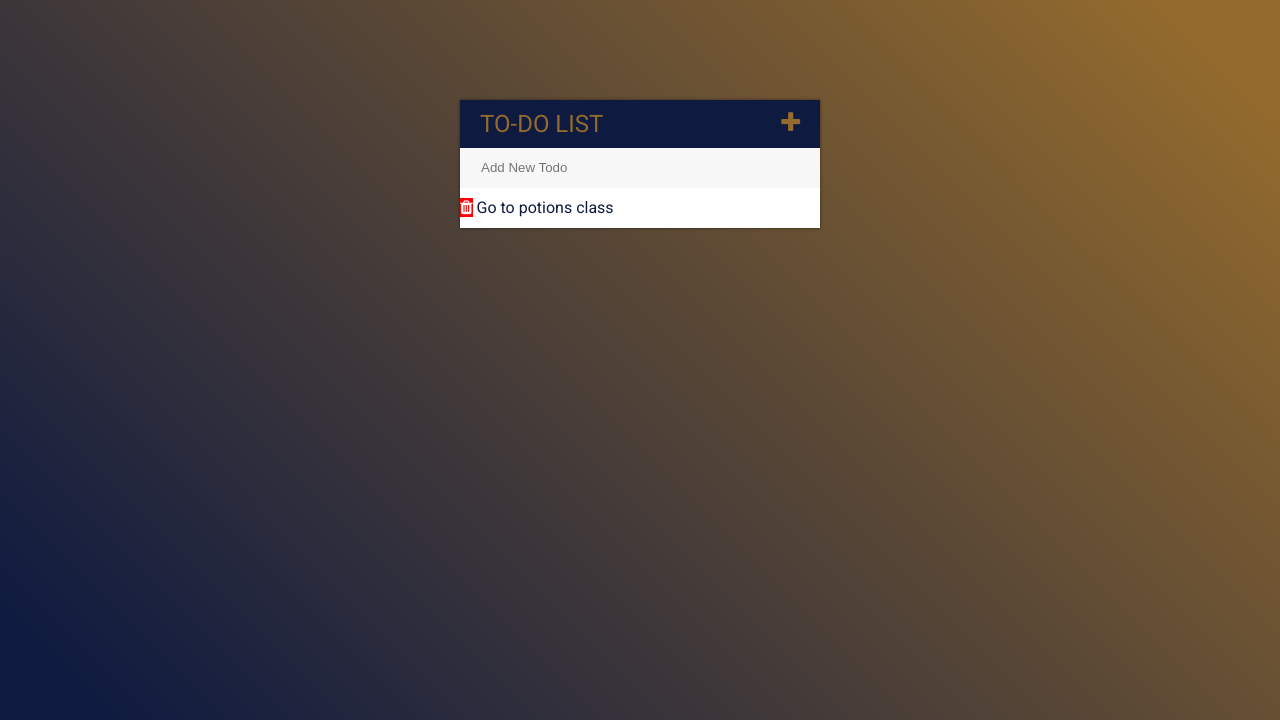
Repository: chrisYoder/Ravenclaw_Todo_List
Page: index.html
The author's editor kept a record of every edit. The page is drawn from the files as they stood at one moment, then again after the next edit.
The browser window is 1280 px wide. The pictures show the whole page.
Some web libraries are served in a nearby version.

Above is the page before.

After the next edit:
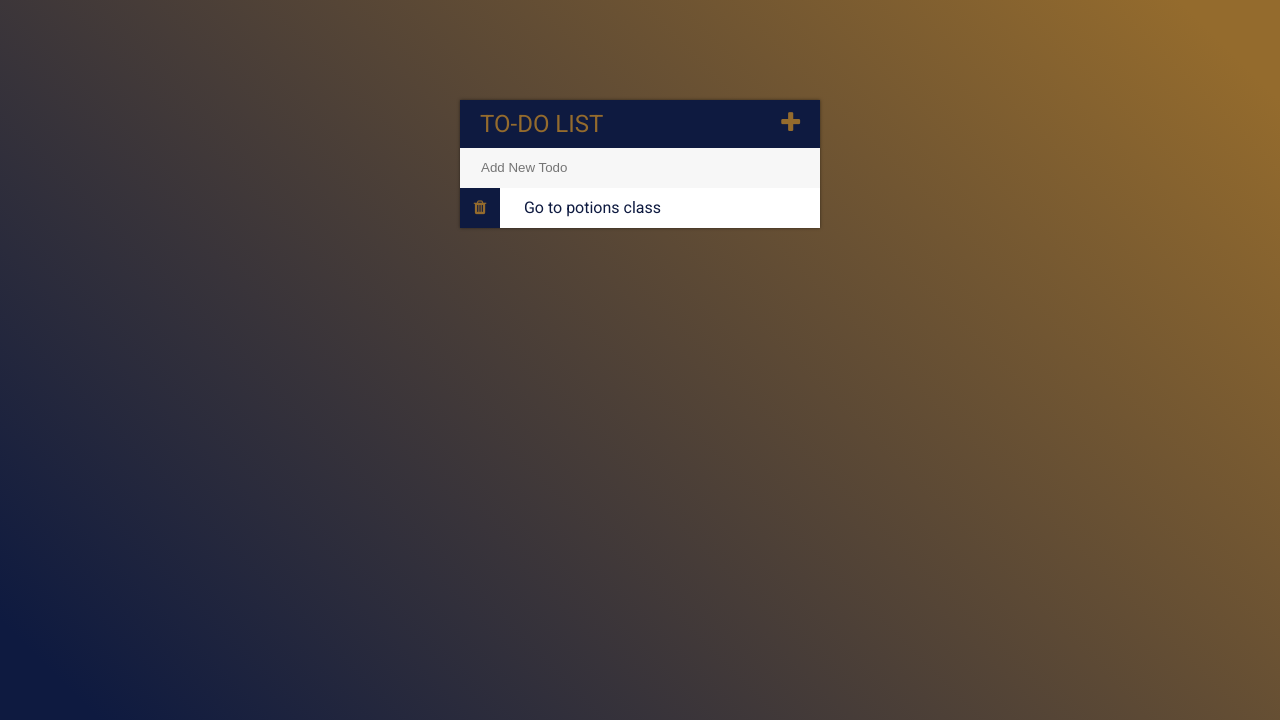
The edit:
--- a/assets/css/styles.css
+++ b/assets/css/styles.css
@@ -80,7 +80,11 @@
     }
 
     span{
-      background: red;
-      color: white;
-
+      background: var(--blue);
+      color: var(--bronze);
+      height: 40px;
+      margin-right: 20px;
+      text-align: center;
+      width: 40px;
+      display: inline-block;
     }
